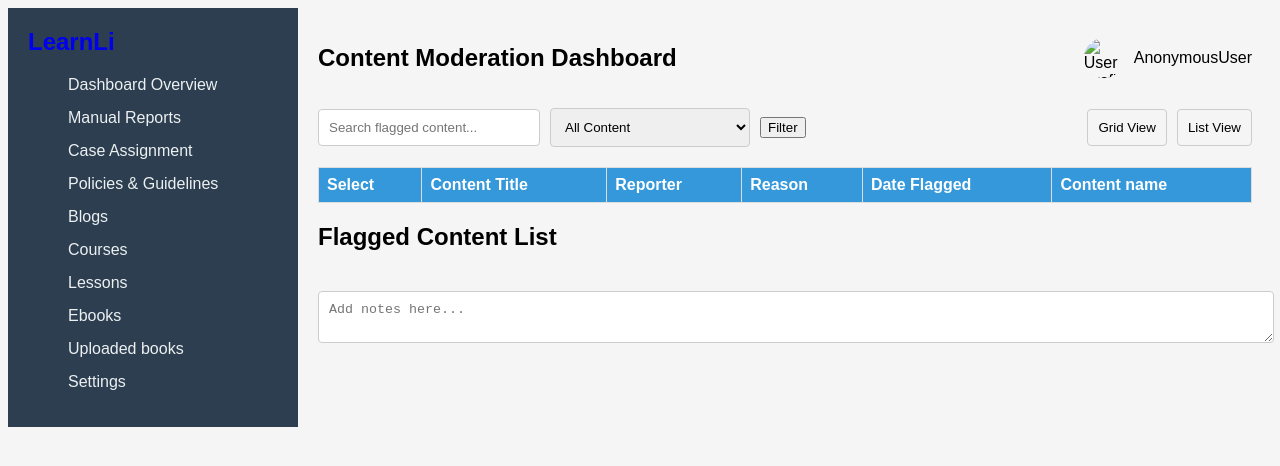
Repository: Learnli23/Learnli
Page: Learnli/users/templates/moderation_tool.html
An editor plug-in stored every save of this project. The page is shown before and after the next save, followed by the edit.
The browser window is 1280 px wide. The pictures show the whole page.
The template is drawn by Django 2.2. The application's start-up code is not run. Other server files are loaded and not shown. The template is opened directly, without the code that normally fills it, so the values that code supplies are empty.

Above is the page before, as saved 2024-12-15 23:07:17.

### Learnli/users/templates/moderation_tool.html
<!DOCTYPE html>
<html lang="en">
<head>
  <meta charset="UTF-8">
  <meta name="viewport" content="width=device-width, initial-scale=1.0">
  <title>Learnli content moderation tool</title>
  <style>
    /* General styling omitted for brevity; includes previous layout and design */
    .action-buttons button {
      padding: 10px;
      border: 1px solid transparent;
      border-radius: 5px;
      cursor: pointer;
    }


  </style>
</head>
<body>
   <!-- Sidebar -->
  <aside class="sidebar">
    <div  class="sidebar-logo"><a href="{% url 'home' %}" style="text-decoration: none;">LearnLi</a></div>
    <nav>
      <ul>
        <li><a href="#dashboard">Dashboard Overview</a></li>
        <li><a href="#manual-reports">Manual Reports</a></li>
        <li><a href="#case-assignment">Case Assignment</a></li>
        <li><a href="{%  url 'copyright' %}">Policies & Guidelines</a></li>
        <li><a href="{%  url 'reported_blogs' %}">Blogs</a></li>
        <li><a href="{%  url 'reported_courses' %}">Courses</a></li>
        <li><a href="{%  url 'reported_lessons' %}">Lessons</a></li>
        <li><a href="{%  url 'reported_ebooks' %}">Ebooks</a></li>
        <li><a href="{%  url 'reported_content' %}">Uploaded books</a></li>
        <li><a href="#settings">Settings</a></li>
      </ul>
    </nav>
  </aside>


  <main class="main-content">
    <header class="header">
      <h1>Content Moderation Dashboard</h1>
      <div class="user-profile">
        <img src="{{ user.profile_image.url }}" alt="User Profile">
        <span class="user-name">{{user}}</span>
      </div>
    </header>

    <!-- Filter Bar -->
    <div class="filter-bar">
      <input type="text" id="searchBar" placeholder="Search flagged content...">
      <select id="contentFilter">
        <option value="all">All Content</option>
        <option value="blog">Blogpost</option>
        <option value="lesson">Lesson</option>
        <option value="classes">classes</option>
        <option value="ebook">EBook</option>
        <option value="content">Content</option>
      </select>
      <button onclick="filterTable()">Filter</button>
      <div class="toggle-view">
        <button onclick="toggleView('grid')">Grid View</button>
        <button onclick="toggleView('list')">List View</button>
      </div>
    </div>

    <!-- Table for Items -->
    <table class="analytics-table" id="itemTable">
      <thead>
        <tr>
          <th>Select</th>
          <th>Content Title</th>
          <th>Reporter</th>
          <th>Reason</th>
          <th>Date Flagged</th>
          <th>Content name</th>
        </tr>
      </thead>
      <tbody>
        {% for item in flagged_items %}
        <tr data_id="{{ item.id }}"
          data-approve-url="{% url 'approve_flag' item.id %}"
          data-reject-url="{% url 'reject_flag' item.id %}"
          data-escalate-url="{% url 'escaleting_flag' item.id %}">

          <td><input type="checkbox" onchange="selectItem(this, 1)"></td>
          <td> {{ item.content_category }} </td>
          <td>{{ item.reported_by }}</td>
          <td>{{ item.reason }}</td>
          <td>{{ item.date_reported }}</td>
          {% if item.content_category == "Blogpost" %}
          <td><a href="{% url 'blog_detail' item.object_id %}">{{ item.content_object}}</a></td>
          {% endif %}
          {% if item.content_category == "Classes" %}
          <td><a href=" {% url 'enroll' item.object_id %} ">{{ item.content_object }}</a></td>
          {% endif %}
          {% if item.content_category == "Lessons" %}
          <td><a href=" {% url 'lessons'%}">{{ item.content_category }}</a></td>
          {% endif %}
          {% if item.content_category == "Content" %}
          <td><a href="{% url 'content_detail' item.object_id %}">{{ item.content_object}}</a></td>
          {% endif %}
          {% if item.content_category == "Ebook" %}
          <td><a href=" {% url 'book_details' item.object_id %}">{{ item.content_object }}</a></td>
          {% endif %}
        </tr>
        {% endfor %}

        <!-- Add more rows as needed -->
      </tbody>
    </table>

    <!-- Flagged Content List Section -->
    <section id="flaggedContentList">
      <h2>Flagged Content List</h2>
      <div class="content-list grid-view" id="contentList"></div>
      <div class="note-area">
        <textarea placeholder="Add notes here..."></textarea>
      </div>
    </section>
  </main>

  <script>
    const contentList = document.getElementById('contentList');
    let selectedItems = {};

    // Toggle View (Grid/List)
    function toggleView(viewType) {
      if (viewType === 'grid') {
        contentList.classList.add('grid-view');
        contentList.classList.remove('list-view');
      } else {
        contentList.classList.add('list-view');
        contentList.classList.remove('grid-view');
      }
    }

    // Filter Table Content
    function filterTable() {
      const filterValue = document.getElementById('contentFilter').value.toLowerCase();
      const searchValue = document.getElementById('searchBar').value.toLowerCase();
      const tableRows = document.querySelectorAll('#itemTable tbody tr');

      tableRows.forEach(row => {
        const contentType = row.cells[1].textContent.toLowerCase();
        const reason = row.cells[3].textContent.toLowerCase();

        if (
          (filterValue === 'all' || contentType.includes(filterValue)) &&
          (reason.includes(searchValue))
        ) {
          row.style.display = '';
        } else {
          row.style.display = 'none';
        }
      });
    }

    // Select Item and Add to Flagged Content List
    function selectItem(checkbox) {
  const row = checkbox.closest('tr');
  const id = row.dataset.id; // Get the item's id from the data attribute
  const contentType = row.cells[1].textContent;
  const reason = row.cells[3].textContent;

  if (checkbox.checked) {
    selectedItems[id] = { id,
      contentType,
      reason,
      approveUrl: row.dataset.approveUrl, // Get the approve URL
      rejectUrl: row.dataset.rejectUrl,   // Get the reject URL
      escalateUrl: row.dataset.escalateUrl, // Get the escalate URL
       };
    updateFlaggedContentList();
  } else {
    delete selectedItems[id];
    updateFlaggedContentList();
  }
}

    // Update Flagged Content List Section
function updateFlaggedContentList() {
  contentList.innerHTML = '';

  Object.keys(selectedItems).forEach(id => {
    const item = selectedItems[id];
    const contentItem = document.createElement('div');
    contentItem.classList.add('content-item');
    contentItem.innerHTML = `
      <h4>${item.contentType}</h4>
      <p>Reason</p>
      <p>${item.reason}</p>
      <div class="action-buttons">
        <a href="${item.approveUrl}"><button class="approve">Approve</button></a>
        <a href="${item.rejectUrl}"><button class="reject">Reject</button></a>
        <a href="${item.escalateUrl}"><button class="escalate">Escalate</button></a>
      </div>
    `;
    contentList.appendChild(contentItem);
  });
}
  </script>
</body>
</html>

<style>


 <style>
    /* Reset and base styling */
    * {
      margin: 0;
      padding: 0;
      box-sizing: border-box;
    }

    body {
      display: flex;
      font-family: Arial, sans-serif;
      background-color: #f5f5f5;
    }

    /* Sidebar styling */
    .sidebar {
      background-color: #2c3e50;
      width: 250px;
      padding: 20px;
      color: #fff;
    }

    .sidebar-logo {
      font-size: 24px;
      font-weight: bold;
      margin-bottom: 20px;
    }

    .sidebar nav ul {
      list-style: none;
    }

    .sidebar nav ul li {
      margin-bottom: 15px;
    }

    .sidebar nav ul li a {
      color: #ecf0f1;
      text-decoration: none;
      font-size: 16px;
      display: block;
    }

    .sidebar nav ul li a:hover {
      background-color: #34495e;
      padding-left: 10px;
    }

    /* Main content styling */
    .main-content {
      flex: 1;
      padding: 20px;
    }

    .header {
      display: flex;
      justify-content: space-between;
      align-items: center;
      margin-bottom: 20px;
    }

    .header h1 {
      font-size: 24px;
      text-align: center;
    }

    .user-profile {
      display: flex;
      align-items: center;
    }

    .user-profile img {
      width: 40px;
      height: 40px;
      border-radius: 50%;
      margin-right: 10px;
    }

    .dashboard-overview {
      margin-bottom: 20px;
    }

    .filter-bar {
      display: flex;
      align-items: center;
      margin-bottom: 20px;
    }

    .filter-bar input, .filter-bar select {
      padding: 10px;
      margin-right: 10px;
      border: 1px solid #ccc;
      border-radius: 4px;
      width: 200px;
    }

    .toggle-view {
      margin-left: auto;
      display: flex;
      gap: 10px;
    }

    .toggle-view button {
      padding: 10px;
      border: 1px solid #ccc;
      border-radius: 4px;
      background: none;
      cursor: pointer;
    }

    .toggle-view button:hover {
      background-color:green;
      color: #fff;
    }

    .content-list {
      display: grid;
      gap: 20px;
    }

    .content-list.grid-view {
      grid-template-columns: repeat(auto-fit, minmax(300px, 1fr));
    }

    .content-list.list-view {
      grid-template-columns: 1fr;
    }

    .content-item {
      border: 1px solid #ccc;
      padding: 15px;
      background-color: #fff;
      border-radius: 8px;
    }

    .content-item h4 {
      margin-bottom: 10px;
    }

    .content-item .action-buttons {
      display: flex;
      gap: 10px;
      margin-top: 10px;
    }

    .content-item .action-buttons button {
      border: 1px solid transparent;
      padding: 10px;
      border-radius: 5px;
      cursor: pointer;
    }

    .content-item .action-buttons button:hover {
      background-color:green;
      color: #fff;
    }

    .analytics-table {
      width: 100%;
      border-collapse: collapse;
      margin-bottom: 20px;
    }

    .analytics-table th, .analytics-table td {
      border: 1px solid #ddd;
      text-align: left;
      padding: 8px;
    }

    .analytics-table th {
      background-color: #3498db;
      color: white;
    }

    .note-area {
      margin-top: 20px;
    }

    .note-area textarea {
      width: 100%;
      padding: 10px;
      border: 1px solid #ccc;
      border-radius: 4px;
      resize: vertical;
    }
  </style>

After the next save:
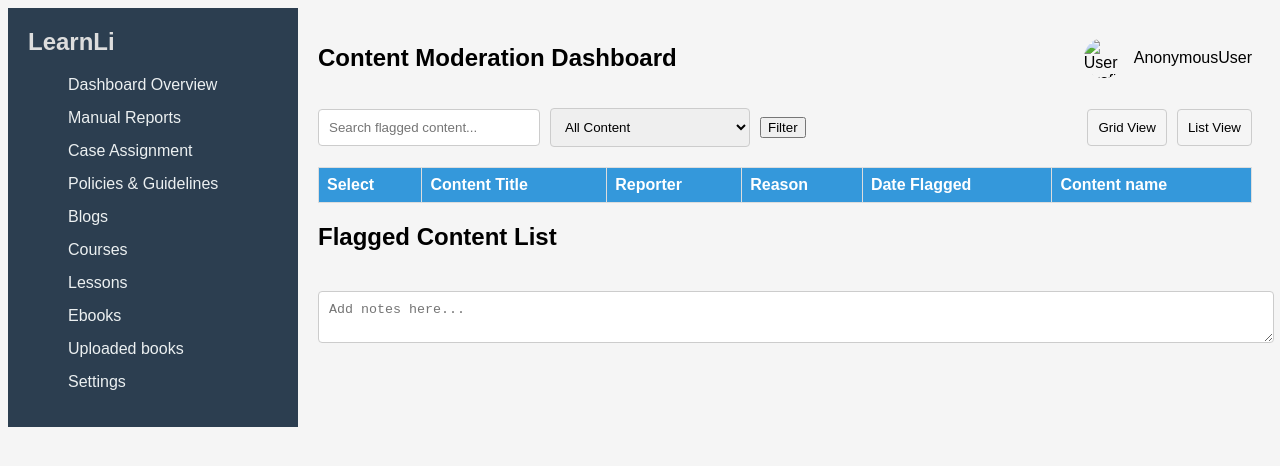
Saved 24 s later.
--- a/Learnli/users/templates/moderation_tool.html
+++ b/Learnli/users/templates/moderation_tool.html
@@ -19,7 +19,7 @@
 <body>
    <!-- Sidebar -->
   <aside class="sidebar">
-    <div  class="sidebar-logo"><a href="{% url 'home' %}" style="text-decoration: none;">LearnLi</a></div>
+    <div  class="sidebar-logo"><a href="{% url 'home' %}" style="text-decoration: none; color: #ddd;">LearnLi</a></div>
     <nav>
       <ul>
         <li><a href="#dashboard">Dashboard Overview</a></li>
